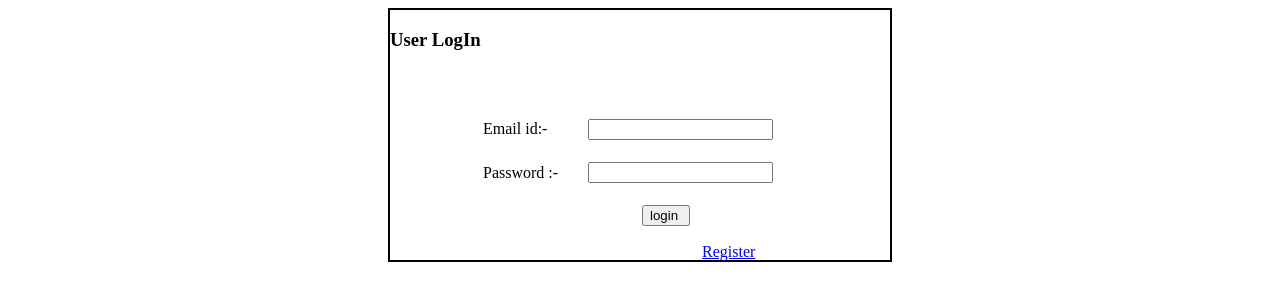
Repository: ShivrajMPujari/ServletApplication
Page: http://localhost/LoginRegistration/
An editor plug-in stored every save of this project. The page is shown before and after the next save, followed by the edit.
The browser window is 1280 px wide. The pictures show the whole page.
The page is served by Tomcat 9.

Above is the page before, as saved 2018-07-12 05:39:42.

After the next save:
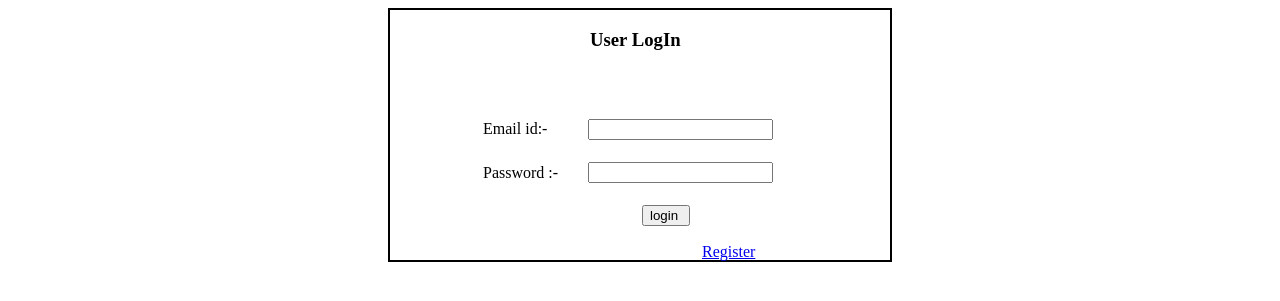
Saved 32 s later.
--- a/LoginRegistration/src/main/webapp/index.css
+++ b/LoginRegistration/src/main/webapp/index.css
@@ -3,6 +3,11 @@
 	width:500px;
 	margin:auto;
 	border:2px solid black;
+}
+
+.heading{
+
+	padding-left: 200px;
 }
 .loginTabel{
 
